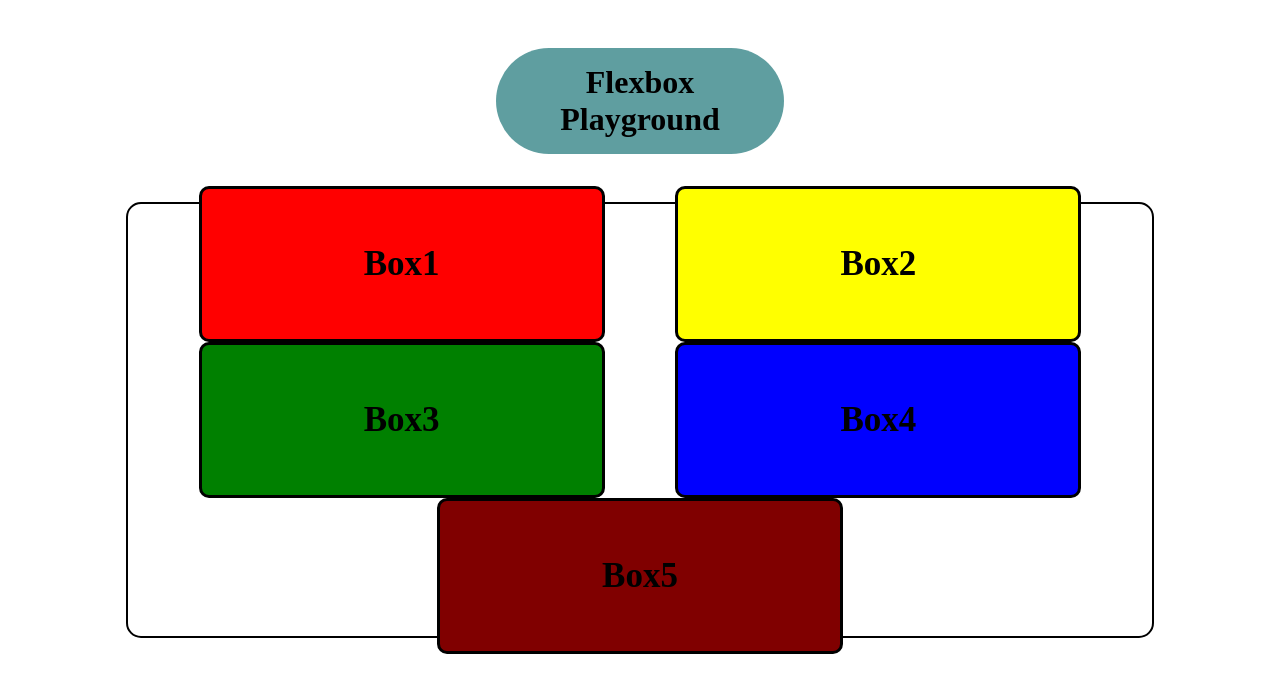
Repository: rakeshkolpepatil/CSS_Apana_College
Page: index.html
An editor plug-in stored every save of this project. The page is shown before and after a run of saves, followed by the edit.
The browser window is 1280 px wide. The pictures show the whole page.

Above is the page before, as saved 2023-06-24 21:02:15.

### index.html
<!DOCTYPE html>
<html lang="en">
<head>
  <meta charset="UTF-8">
  <meta name="viewport" content="width=device-width, initial-scale=1.0">
  <link rel="stylesheet" href="styleSeven.css"/>
  <title>Flexbox</title>
</head>
<body>
  <h1> Flexbox Playground </h1>
  <div id="container">
    <div id="box1" class="box"> Box1 </div>
    <div id="box2" class="box"> Box2 </div>
    <div id="box3" class="box"> Box3 </div>
    <div id="box4" class="box"> Box4 </div>
    <div id="box5" class="box"> Box5 </div>
  </div>
</body>
</html>

### styleSeven.css
*{
  margin: 0px;
  padding: 0px;
}

h1{
  text-align: center;
  margin: auto;
  margin-top:3rem;
  margin-bottom: 3rem;
  background-color:cadetblue;
  width: 20vw;
  border-radius: 10rem;
  padding: 1rem;
}

#container{
  display: flex;
  flex-wrap: wrap;
  border: 2px solid black;
  height: 60vh;
  width: 80vw;
  margin: auto;
  text-align: center;
  align-items:center;
  justify-content: space-evenly;
  flex-direction: row;
  border-radius: 15px;
  align-content: center;
}
.box{
  width: 400px;
  height: 150px;
  border: 3px solid black;
  display: flex;
  align-items: center;
  justify-content: center;
  font-size: 35px;
  font-weight: bold;
  border-radius: 10px;
}
#box1{
  background-color: red;
}
#box2{
  background-color: yellow;
}
#box3{
  background-color: green;
}
#box4{
  background-color: blue;
}
#box5{
  background-color: maroon;
}

After the next 2 saves:
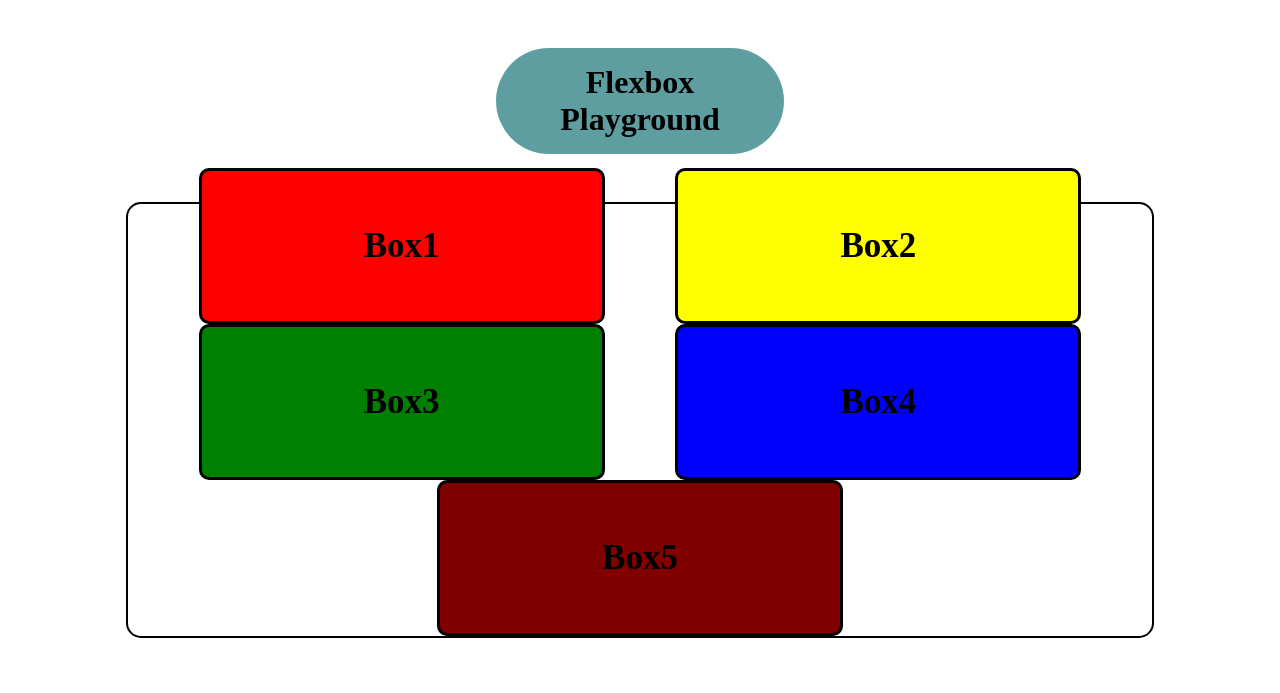
The 2 saves are shown as one change because they came seconds apart.
The last was saved 12 s later.
--- a/styleSeven.css
+++ b/styleSeven.css
@@ -26,7 +26,7 @@
   justify-content: space-evenly;
   flex-direction: row;
   border-radius: 15px;
-  align-content: center;
+  align-content: flex-end;
 }
 .box{
   width: 400px;

After the save that followed:
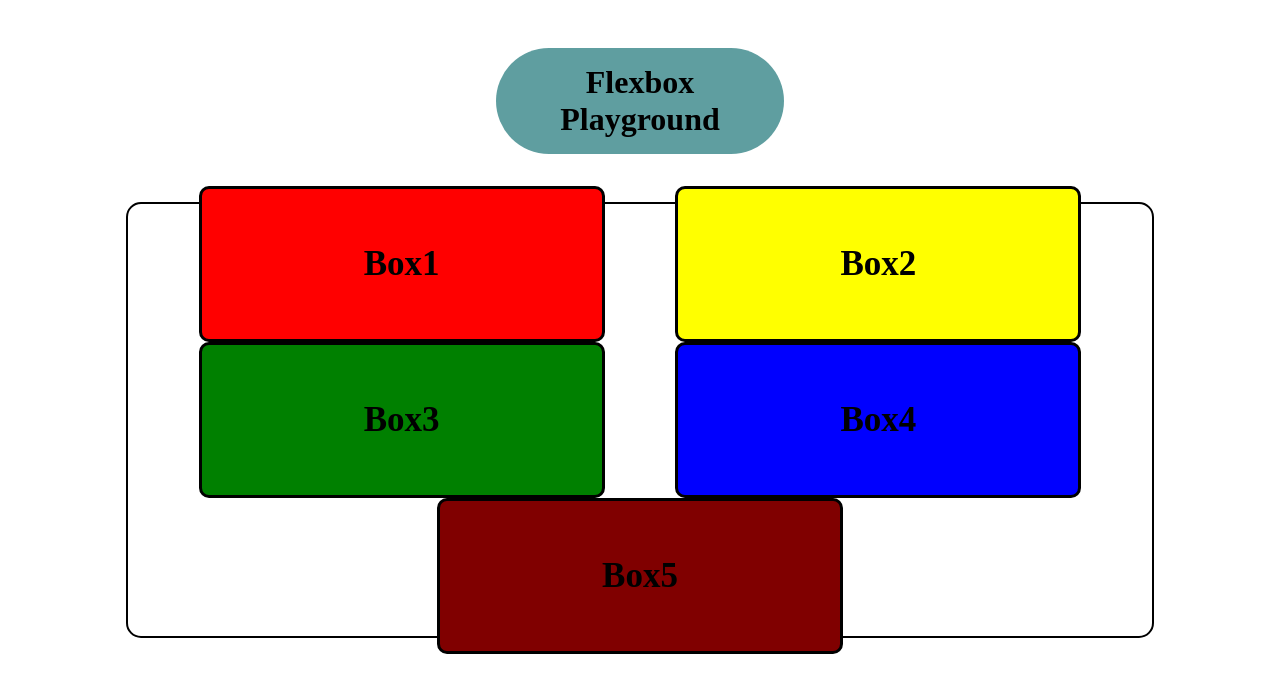
Saved 5 s later.
--- a/styleSeven.css
+++ b/styleSeven.css
@@ -26,7 +26,7 @@
   justify-content: space-evenly;
   flex-direction: row;
   border-radius: 15px;
-  align-content: flex-end;
+  align-content: center;
 }
 .box{
   width: 400px;
